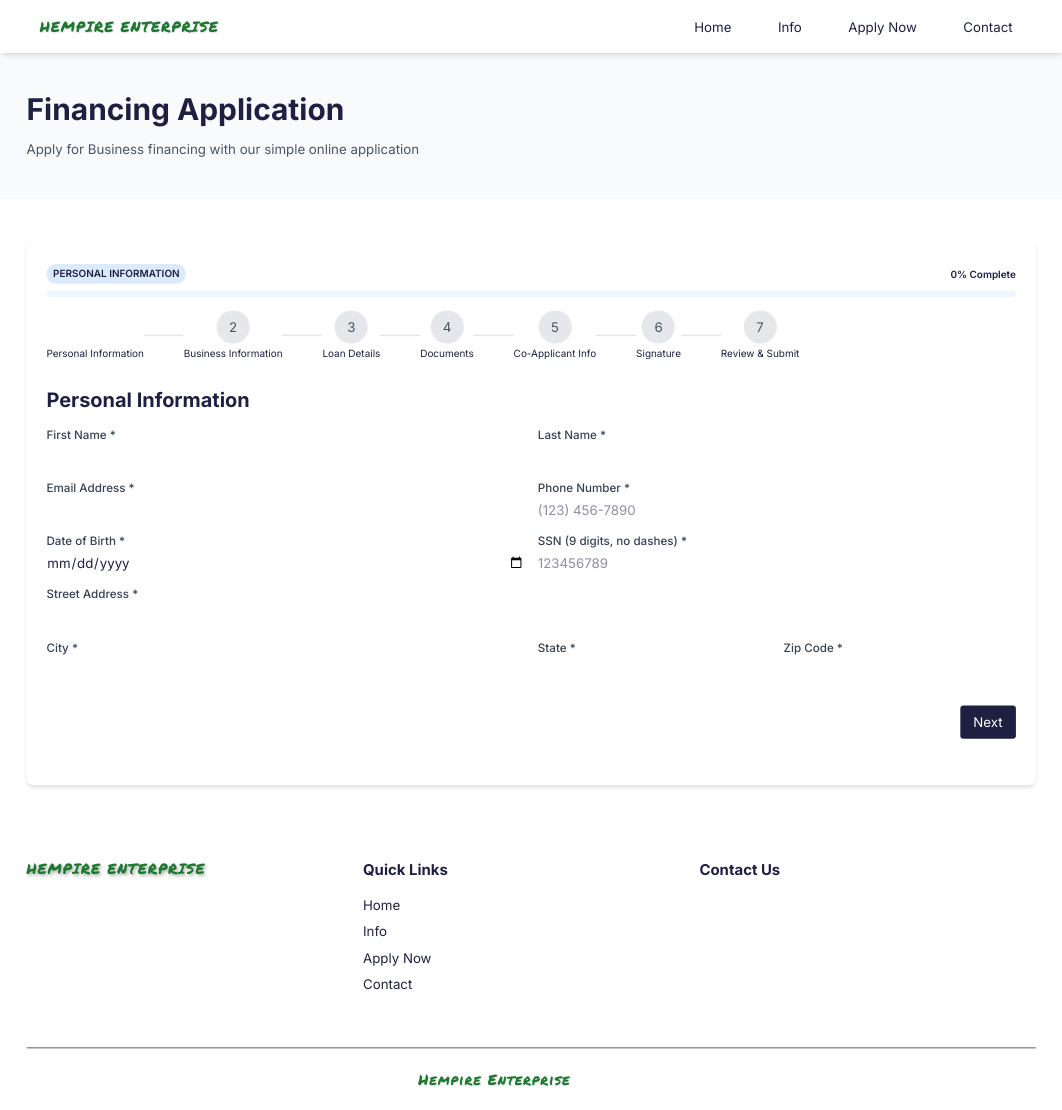
Repository: papykabukanyi/hellobluelender
Page: /application
The author's editor kept a copy of each file at every save. The page is drawn from the files as they stood at one save, then again after a run of saves.
The browser window is 1280 px wide. The pictures show the whole page, at 83% of full size.
The page's requests for data from a server got no answer. The project was rebuilt for these pictures with package versions that can differ from the ones it lists, and the page was loaded fresh each time. The framework's server and built-in components were replaced by stand-ins that run in the browser. No one was signed in, and anything a server would have sent is missing. Also part of the build but not shown: next.config.js, next.config.mjs, src/components/BusinessInfoForm.tsx, src/components/LoanInfoForm.tsx, src/components/animations/AnimatedButton.tsx, src/components/animations/AnimatedCard.tsx, src/components/animations/FadeIn.tsx, src/components/animations/Parallax.tsx and 14 more.

Above is the page before, as saved 2025-06-21 15:01:02.

After the next 2 saves:
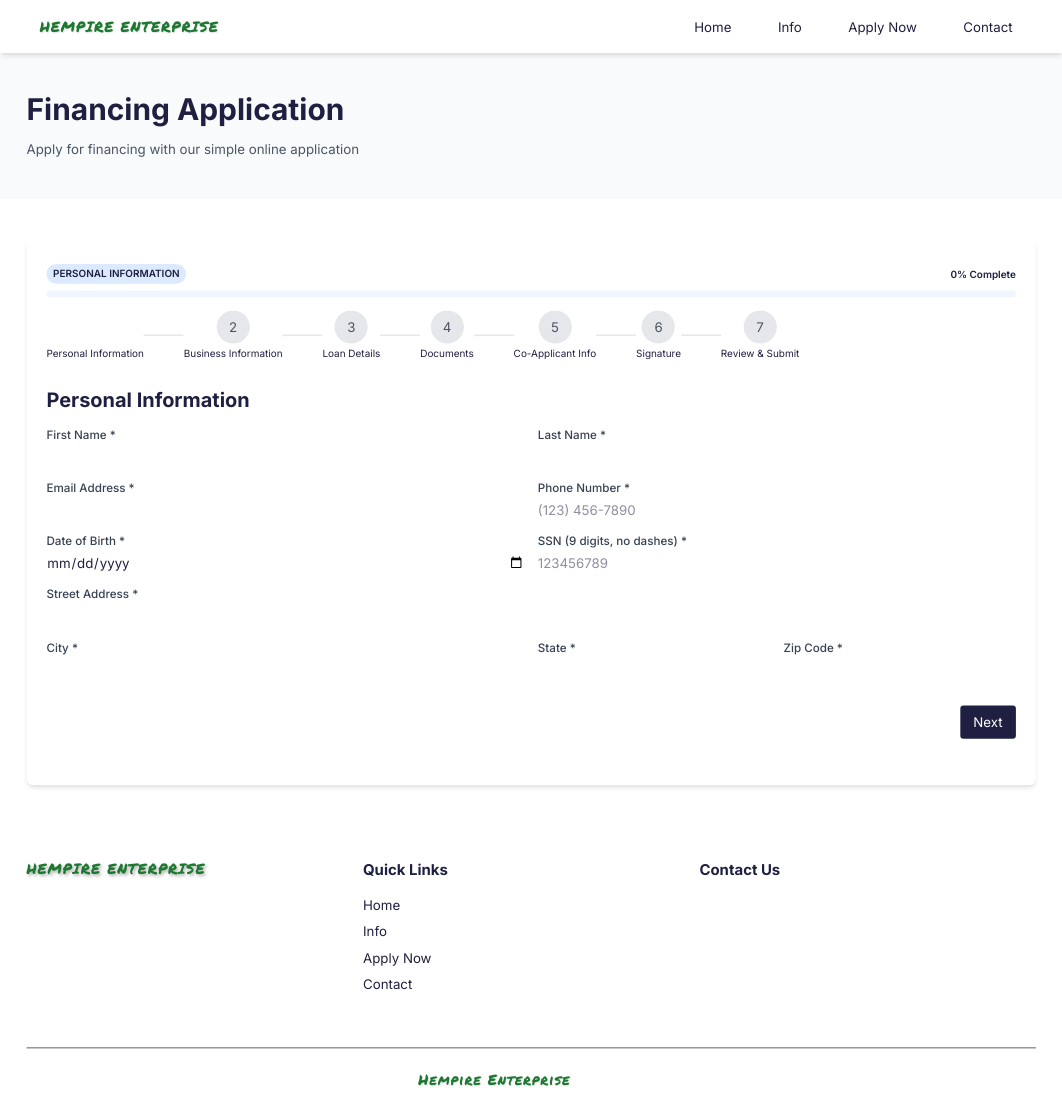
The 2 saves are shown as one change because 1 did not build or start.
The last was saved 40 s later.
--- a/src/app/application/page.tsx
+++ b/src/app/application/page.tsx
@@ -1,6 +1,5 @@
 import { Metadata } from 'next';
-import { LoanType } from '@/types';
-import ApplicationForm from '@/components/ApplicationForm';
+import ApplicationClient from '@/components/ApplicationClient';
 
 export const metadata: Metadata = {
   title: 'Apply for Financing | Hempire Enterprise',
@@ -13,24 +12,19 @@
 }: {
   searchParams: { [key: string]: string | string[] | undefined }
 }) {
-  // Default loan type - actual type will be determined client-side based on URL in ApplicationForm
-  const loanType: LoanType = 'Business';
-
   return (
     <>
       <section className="bg-gray-50 py-12">
         <div className="container-custom">
           <h1 className="text-3xl md:text-4xl font-bold mb-4">Financing Application</h1>
           <p className="text-gray-600 mb-0">
-            Apply for {loanType} financing with our simple online application
+            Apply for financing with our simple online application
           </p>
         </div>
       </section>
 
       <section className="py-12">
-        <div className="container-custom">
-          <ApplicationForm />
-        </div>
+        <ApplicationClient />
       </section>
     </>
   );
